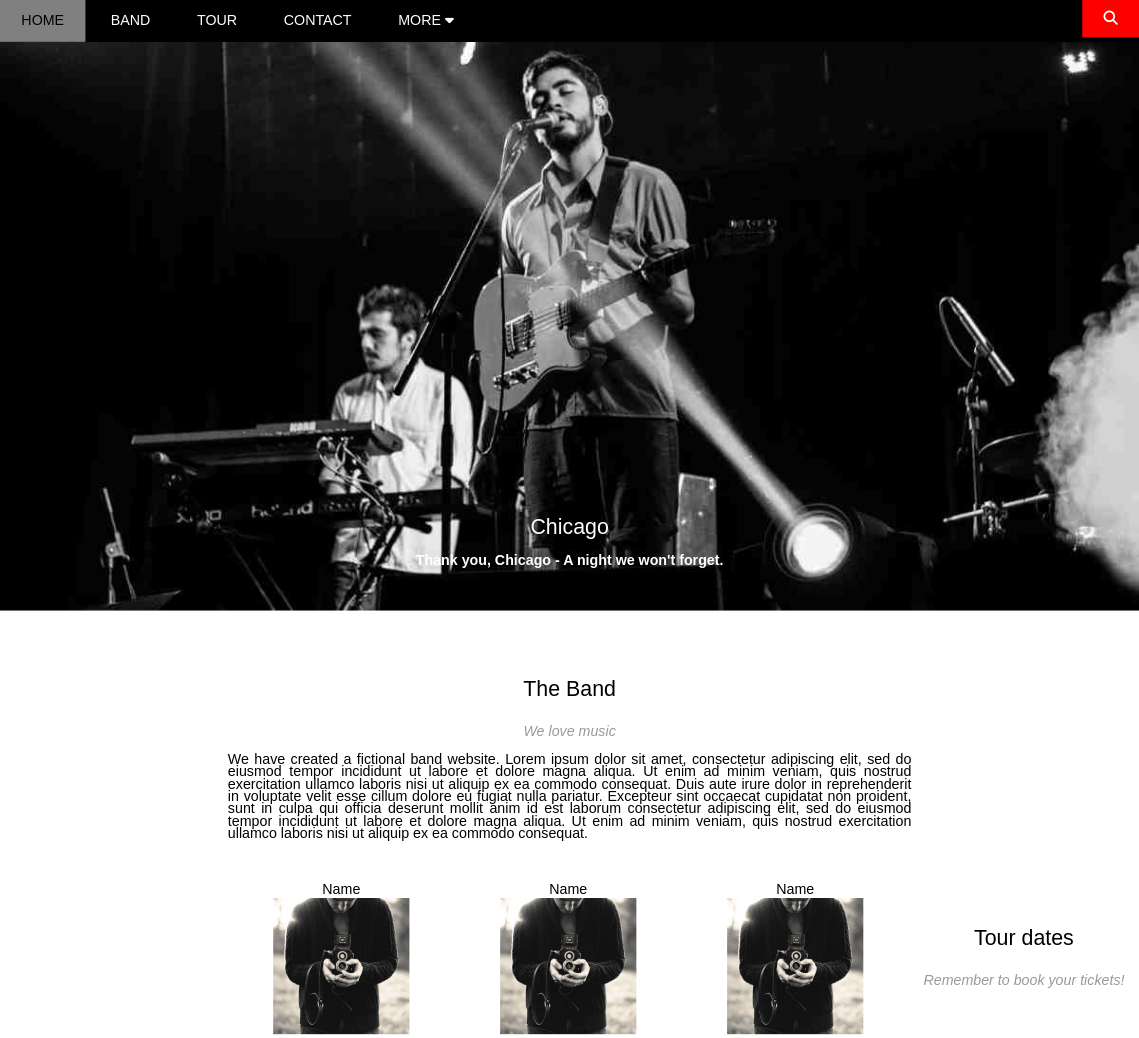
Repository: ngotranphuongbao/theband
Page: index.html
The author's editor kept a copy of each file at every save. The page is drawn from the files as they stood at one save, then again after the next save.
The browser window is 1280 px wide. The pictures show the whole page, at 89% of full size.
Some web libraries are served in a nearby version.

Above is the page before, as saved 2022-12-21 19:42:13.

After the next save:
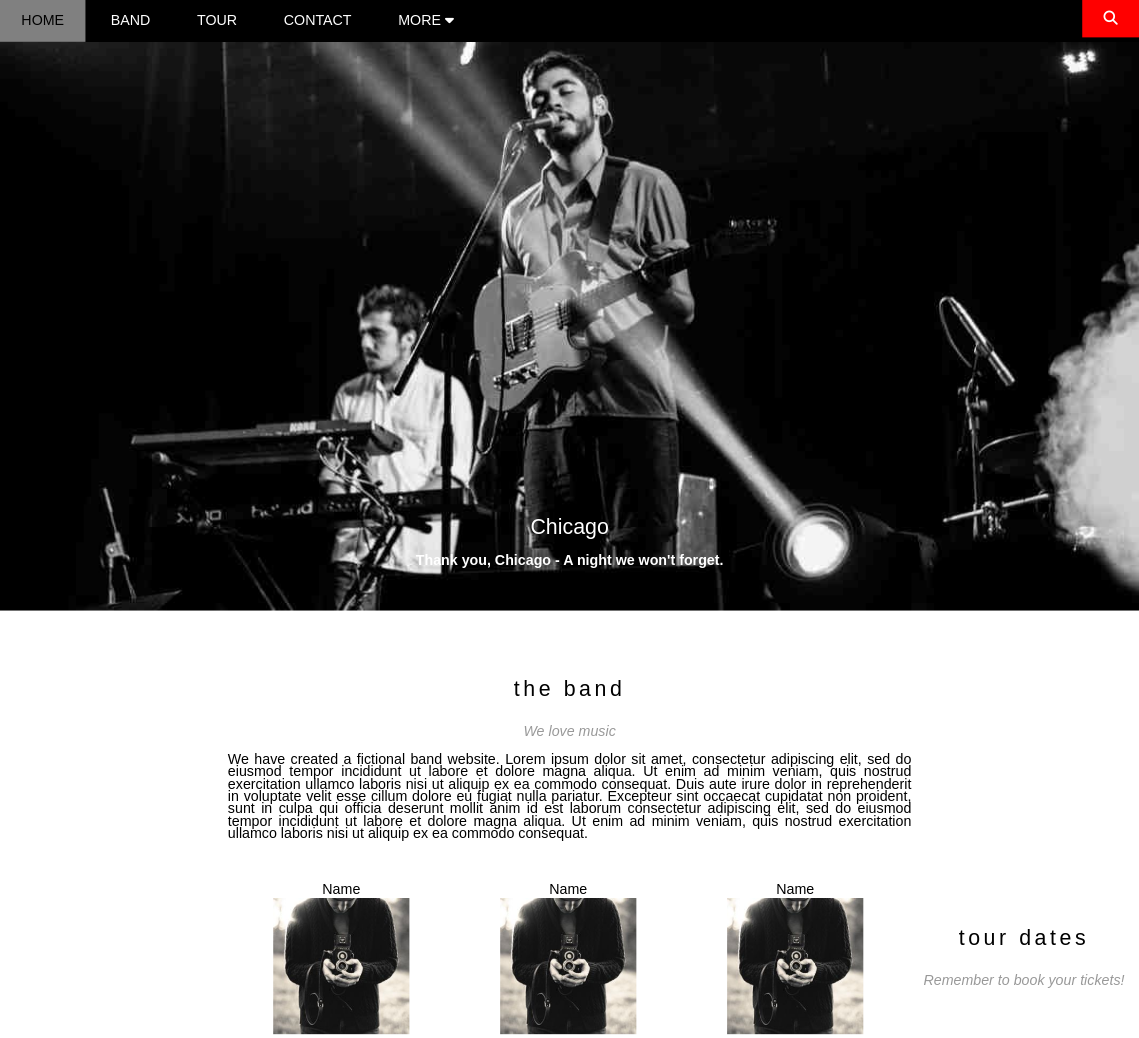
Saved 37 s later.
--- a/assets/css/style.css
+++ b/assets/css/style.css
@@ -130,6 +130,8 @@ html {
 .content-title {
     text-align: center;
     font-weight: 400;
+    text-transform: lowercase;
+    letter-spacing: 4px;
     margin-top: 74px;
 }
 
